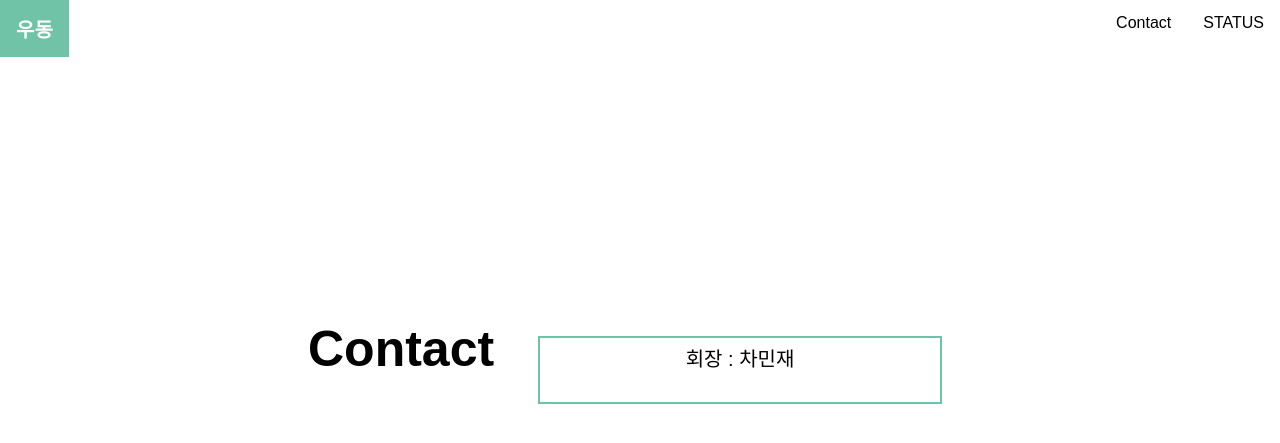
Repository: charmingjae/circles
Page: http://localhost/circles/root/contact.jsp
The author's editor kept a copy of each file at every save. The page is drawn from the files as they stood at one save, then again after the next save.
The browser window is 1280 px wide. The pictures show the whole page.
Some web fonts or font styles are not loaded; a fallback is used. The page is served by Tomcat 9. Other server files are loaded and not shown.

Above is the page before, as saved 2020-07-09 14:56:57.

### circles/WebContent/root/contact.jsp
<%@ page language="java" contentType="text/html; charset=UTF-8"
    pageEncoding="UTF-8"%>
<!DOCTYPE html>
<html>
<head>
	<meta charset="UTF-8">
	<title>MOJUK</title>

	<!-- Link contact.css -->
	<link href="../css/contact.css" rel="stylesheet" type="text/css">
</head>
<body>
	<!-- include header -->
	<%@include file ="../navbar/navbar.jsp" %>

	<form onsubmit="return false;" action="wrInfo.jsp" class="container" method="post" name="frmStuNo">
		<div class="container">
			<span id="head"> Contact </span>
			<div class="main">
				<span id="showEtc"> 회장 : 차민재 </span>
			</div>
		</div>
	</form>
</body>
</html>

### circles/WebContent/navbar/navbar.jsp
<%@ page language="java" contentType="text/html; charset=UTF-8"
    pageEncoding="UTF-8"%>
<!DOCTYPE html>
<html>
<head>
<meta charset="UTF-8">
<title></title>

	<!-- Link navbar.css -->
	<link href="../css/navbar.css" rel="stylesheet" type="text/css">
</head>
	<%
		String getSession = (String)session.getAttribute("userID");
	%>
<body>
	<ul id="main-menu">
		<li class="headName" id="main-menu1"><a href="../root/index.jsp" class="headName">우동</a></li>
		<%
			if((getSession != null) && (getSession.isEmpty() == false)){
				%>
				<li style="float:right" id="main-menu2"><a class="active" href="../root/admPg.jsp"><%=getSession %>님 환영합니다.</a>
					<ul id="sub-menu">
						<li><a class="subAct" href="../mojuk/member.jsp">🍀동아리원🍀</a></li>
						<li><a class="subAct" href="../proc/logout.jsp">로그아웃</a></li>
					</ul>
				</li>
				<%
			}
			else{

				%>
				<li style="float:right"><a class="active" href="../root/status.jsp">STATUS</a></li>
				<%
			}
		%>
		<li style="float:right"><a class="active" href="../root/contact.jsp">Contact</a></li>
	</ul>
</body>
</html>

### circles/WebContent/css/contact.css
@charset "UTF-8";


@import url(https://cdn.jsdelivr.net/gh/moonspam/NanumSquare@1.0/nanumsquare.css);

body {
    font-family: 'NanumSquare', sans-serif;
}

/* Chrome, iex, fire-fox Settings */
input:-ms-input-placeholder {color:#a8a8a8;}
input::-webkit-input-placeholder{color:#a8a8a8;}
input::-moz-placeholder{columns: #a8a8a8;}

/* Head Comment */
/* 나중에 px단위를 가변 단위로 바꿀 수 있으면 좋겠다. :-) */

html,body{
	height: 100%;
}

body{
	display:table-cell;
	margin: 0 auto;
}

/* .container{
	height: 100%;
	display: table-cell;
	vertical-align: middle;
	text-align:center;
} */

.container{
	display:inline-block;
	width:100%;
	position:absolute;
	left:50%;
	top:50%;
	transform: translate(-50%, -50%);
	vertical-align: middle;
	text-align:center;
}


/* Contact 관련 css */
#head{
	font-size: 50px;
	font-weight: bold;
}


/* 학번 입력 div Settings */
div .main{
	margin-left: 30px;
	margin-right: 30px;
	display:inline-block;
    height:100%;
    width: 400px;
    border: 2px solid #70c3a7;
    background: #ffffff;
    margin-top: 20px;
}


#showEtc{
	font-size:20px;
	display:block;
	margin-top : 5px;
	margin-bottom: 30px;
}

### circles/WebContent/css/navbar.css
@charset "UTF-8";

@import url(https://cdn.jsdelivr.net/gh/moonspam/NanumSquare@1.0/nanumsquare.css);

body {
    font-family: 'NanumSquare', sans-serif;
}

ul{
	width:100%;
	list-style-type: none;
	margin: 0;
	padding: 0;
	background-color: #ffffff;
	position:fixed;
}

li {
	float:none;
}

a {

  display: inline-block;
  color: black;
  text-align: center;
  padding: 14px 16px;
  text-decoration: none;
}

/* Change the link color to #111 (black) on hover */
a:hover {
  background-color: #70c3a7;
  color:#ffffff;
}

li .headName{
	font-weight: bold;
}

#sub-menu{
	position:absolute;
	opacity: 0;
	visibility: hidden;
}

#main-menu1{
	font-size: 20px;
}

#main-menu1, #main-menu2{
	float:left;
}

#main-menu2:hover #sub-menu{
	opacity:1;
	visibility:visible;
}
.subAct{
	width:130px !important;
}

After the next save:
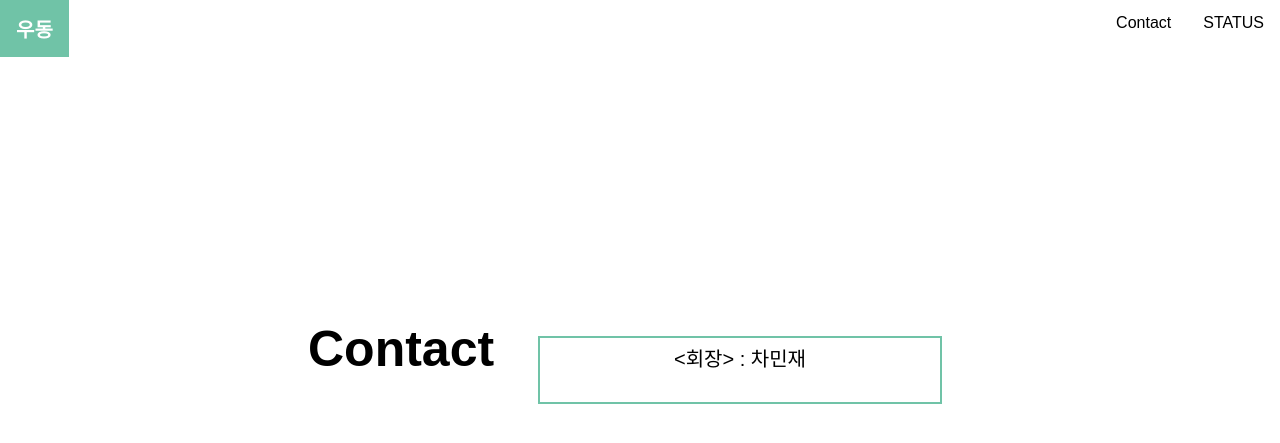
Saved 10 s later.
--- a/circles/WebContent/root/contact.jsp
+++ b/circles/WebContent/root/contact.jsp
@@ -17,7 +17,7 @@
 		<div class="container">
 			<span id="head"> Contact </span>
 			<div class="main">
-				<span id="showEtc"> 회장 : 차민재 </span>
+				<span id="showEtc"> <회장> : 차민재 </span>
 			</div>
 		</div>
 	</form>
